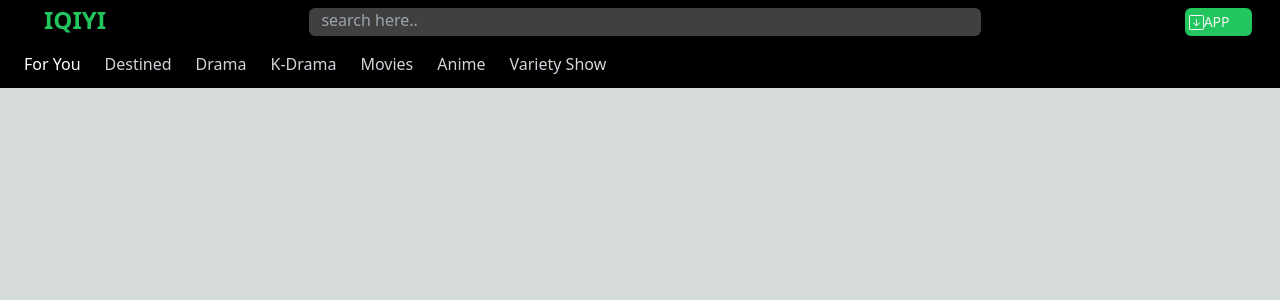
Repository: cozocozy/iqiyi-clone
Page: /
These files come from the project's save history. The page is drawn as it stood at one moment and after the next save; the edit follows.
The browser window is 1280 px wide. The pictures show the whole page.
The project was rebuilt for these pictures with package versions that can differ from the ones it lists, and the page was loaded fresh each time. The framework's server and built-in components were replaced by stand-ins that run in the browser. Also part of the build but not shown: next.config.js.

Above is the page before, as saved 2023-07-16 10:38:30.

### pages/index.tsx
import Head from "next/head";
import Header from "./components/Header";

export default function Home() {
  return (
    <main>
      <Head>
        <title>IQIYI - watch Asian drama shows anime movie free online</title>
        <meta name="description" content="CLONE OF IQIYI WEBSITE" />
      </Head>
      <Header />
    </main>
  );
}

### styles/globals.css
@tailwind base;
@tailwind components;
@tailwind utilities;

:root {
  --foreground-rgb: 0, 0, 0;
  --background-start-rgb: 214, 219, 220;
  --background-end-rgb: 255, 255, 255;
}

@media (prefers-color-scheme: dark) {
  :root {
    --foreground-rgb: 255, 255, 255;
    --background-start-rgb: 0, 0, 0;
    --background-end-rgb: 0, 0, 0;
  }
}
.container-snap::-webkit-scrollbar {
  display: none;
}

body {
  color: rgb(var(--foreground-rgb));
  background: linear-gradient(to bottom, transparent, rgb(var(--background-end-rgb))) rgb(var(--background-start-rgb));
}

@layer components {
  .pages {
    @apply hover:text-green-500;
  }
}

### pages/components/Header.tsx
import React from "react";
import { BsArrowDownSquare, BsSearch } from "react-icons/bs";
import { AiOutlineMenu } from "react-icons/ai";
import Link from "next/link";
type Props = {};

function Header({}: Props) {
  return (
    <div className="fixed top-0 z-50 bg-black w-full">
      <div className="flex justify-between items-center py-1 ">
        <div className="flex ml-4 mx-3 lg:hidden">
          <AiOutlineMenu size={20} className="mt-2" />
          <h3 className="text-2xl text-green-500 font-bold ml-2 ">IQIYI</h3>
        </div>
        <div className="flex justify-center items-center w-full mt-1 ">
          {/* <button className="absolute border-l border-gray-500 ml-60 p-1 px-4">
            <BsSearch />
          </button> */}
          <input className="rounded rounded-md bg-neutral-700 w-full max-w-2xl pl-3 pb-1" placeholder="search here.." autoComplete="off"></input>
        </div>
        <button className="flex flex-row mr-7 mt-1 rounded rounded-md p-1 w-20 mx-3 bg-green-500 text-gray-100 items-center">
          <div className="">
            <BsArrowDownSquare size={15} />
          </div>
          <p className="text-sm">APP</p>
        </button>
      </div>
      <div className="flex flex-row  p-3 overflow-x-auto container-snap whitespace-nowrap space-x-6 ml-3 text-gray-300">
        <Link href="#" className="text-white pages">
          For You
        </Link>
        <Link href="#" className=" pages">
          Destined
        </Link>
        <Link href="#" className=" pages">
          Drama
        </Link>
        <Link href="#" className=" pages">
          K-Drama
        </Link>
        <Link href="#" className=" pages">
          Movies
        </Link>
        <Link href="#" className=" pages">
          Anime
        </Link>
        <Link href="#" className=" pages">
          Variety Show
        </Link>
      </div>
    </div>
  );
}

export default Header;

### tailwind.config.js
/** @type {import('tailwindcss').Config} */
module.exports = {
  content: ["./pages/**/*.{js,ts,jsx,tsx,mdx}", "./components/**/*.{js,ts,jsx,tsx,mdx}", "./app/**/*.{js,ts,jsx,tsx,mdx}"],
  theme: {
    extend: {
      backgroundImage: {
        "gradient-radial": "radial-gradient(var(--tw-gradient-stops))",
        "gradient-conic": "conic-gradient(from 180deg at 50% 50%, var(--tw-gradient-stops))",
      },
    },
    screens: {
      tablet: "<-640px",
      // => @media (min-width: 640px) { ... }

      laptop: "1024px",
      // => @media (min-width: 1024px) { ... }

      desktop: "1280px",
      // => @media (min-width: 1280px) { ... }
    },
  },
  plugins: [],
};

Loaded but not shown: pages/_app.tsx (common file); pages/_document.tsx (common file)

After the next save:
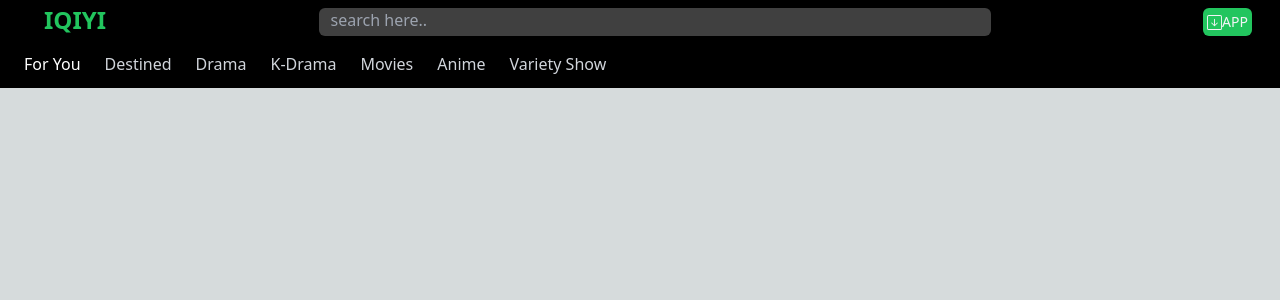
Saved 11 s later.
--- a/pages/components/Header.tsx
+++ b/pages/components/Header.tsx
@@ -18,7 +18,7 @@
           </button> */}
           <input className="rounded rounded-md bg-neutral-700 w-full max-w-2xl pl-3 pb-1" placeholder="search here.." autoComplete="off"></input>
         </div>
-        <button className="flex flex-row mr-7 mt-1 rounded rounded-md p-1 w-20 mx-3 bg-green-500 text-gray-100 items-center">
+        <button className="flex flex-row mr-7 mt-1 rounded rounded-md p-1 w-22 mx-3 bg-green-500 text-gray-100 items-center">
           <div className="">
             <BsArrowDownSquare size={15} />
           </div>
